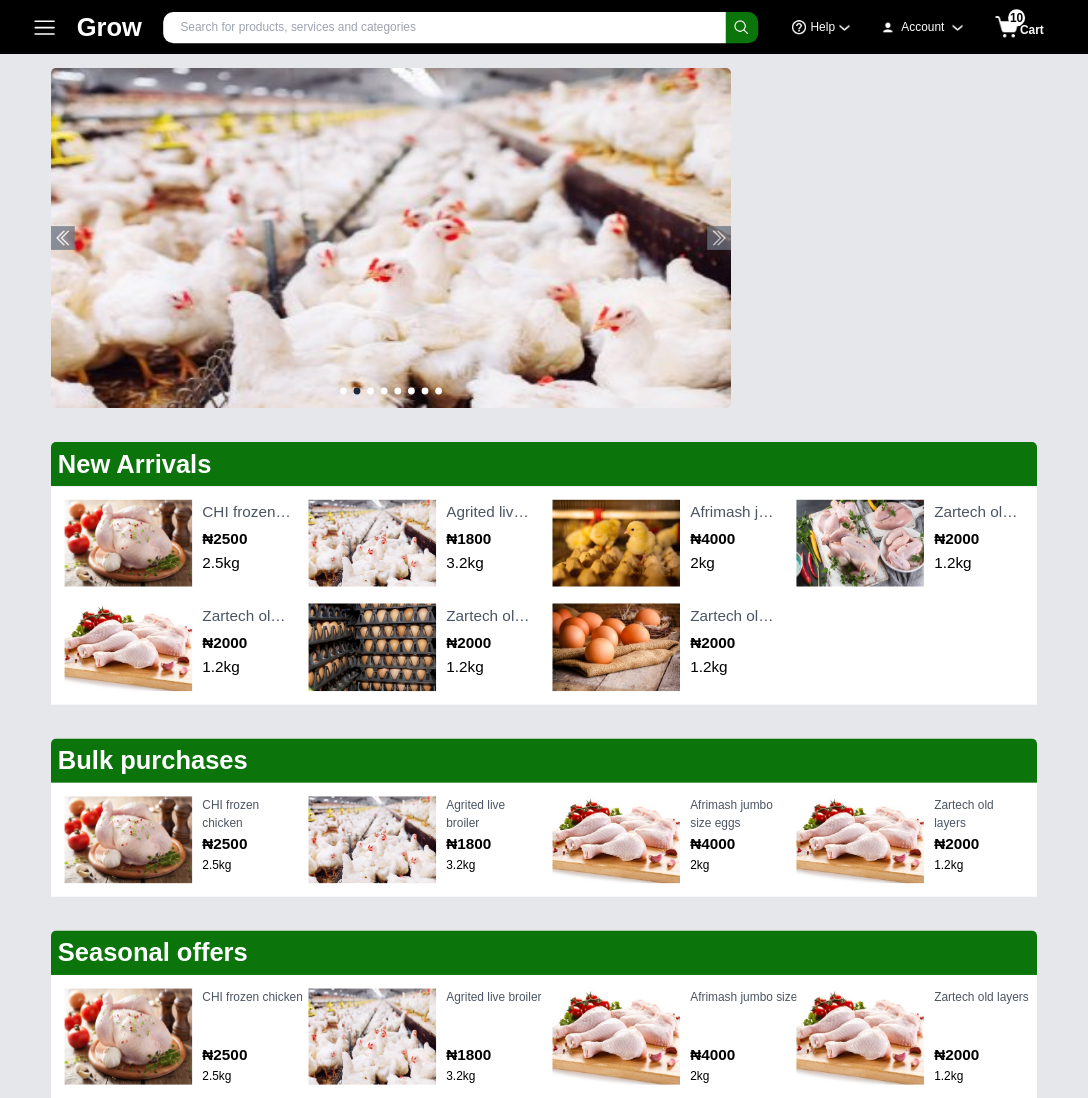
Repository: IssaMuiz/ifarmstock
Page: /
These files come from the project's save history. The page is drawn as it stood at one moment and after the next save; the edit follows.
The browser window is 1280 px wide. The pictures show the whole page, at 85% of full size.
The project was rebuilt for these pictures with package versions that can differ from the ones it lists, and the page was loaded fresh each time. The framework's server and built-in components were replaced by stand-ins that run in the browser. Also part of the build but not shown: next.config.mjs.

Above is the page before, as saved 2024-08-31 06:17:40.

### app/layout.tsx
import "@/styles/globals.css";

export const metadata = {
  title: "Grow",
  description: "Livestock farming e-commerce application",
};

export default function RootLayout({
  children,
}: {
  children: React.ReactNode;
}) {
  return (
    <html lang="en">
      <body className="bg-gray-200 h-screen w-auto mx-10">
        <section>{children}</section>
      </body>
    </html>
  );
}

### app/page.tsx
"use client";

import ProductSlider from "@/components/productSlider";
import ClientLayout from "@/components/clientLayout";
import NewArrivalsCards from "@/components/newArrivalsCards";
import BulkPurchasesCards from "@/components/bulkPurchasesCards";
import SeasonalCards from "@/components/seasonalCards";

const Home = () => {
  return (
    <ClientLayout>
      <div className="pt-20 mx-5">
        <div>
          <ProductSlider />

          <div className="bgColor text w-full h-auto mt-10 text-3xl p-2 rounded-t-md font-semibold">
            New Arrivals
          </div>
          <NewArrivalsCards />
          <div className="bgColor text w-full h-auto mt-10 text-3xl p-2 rounded-t-md font-semibold">
            Bulk purchases
          </div>
          <BulkPurchasesCards />
          <div className="bgColor text w-full h-auto mt-10 text-3xl p-2 rounded-t-md font-semibold">
            Seasonal offers
          </div>
          <SeasonalCards />
        </div>
      </div>
    </ClientLayout>
  );
};

export default Home;

### styles/globals.css
@tailwind base;
@tailwind components;
@tailwind utilities;

.scrollbar {
  scrollbar-width: thin;
  scrollbar-color: gray #313131;
}

.bgColor {
  background-color: rgb(11, 116, 11);
}

.text {
  color: white;
}

body {
  font-family: Arial, Helvetica, sans-serif;
  font-size: 14px;
}

### components/productSlider.tsx
"use client";
import Image from "next/image";
import { useEffect, useState } from "react";

const ProductSlider = () => {
  const images = [
    "/assets/images/poultry-image1-slider.jpg",
    "/assets/images/poultry-image2-slider.jpg",
    "/assets/images/poultry-image3-slider.jpg",
    "/assets/images/poultry-image4-slider.jpg",
    "/assets/images/poultry-image5-slider.jpg",
    "/assets/images/poultry-image6-slider.jpg",
    "/assets/images/poultry-image7-slider.jpg",
    "/assets/images/catfish-image1-slider.jpg",
  ];

  const [index, setIndex] = useState(0);

  const handleSliceNext = () => {
    setIndex((index + 1) % images.length);
  };
  const handleSlicePrev = () => {
    setIndex((index - 1) % images.length);
  };

  const handleIndicatorClick = (i: number) => {
    setIndex(i);
  };

  useEffect(() => {
    const intervalId = setInterval(() => {
      handleSliceNext();
    }, 5000);
    return () => clearInterval(intervalId);
  }, [index]);
  return (
    <div className="relative w-[800px] overflow-hidden">
      <div
        className="flex transition-transform duration-500 ease-in-out"
        style={{ transform: `translateX(-${index * 100}%)` }}
      >
        {images.map((image, i) => (
          <div key={i} className="min-w-full">
            <Image
              className="h-[400px] rounded-md"
              src={image}
              alt={`Slide ${i + 1}`}
              width={800}
              height={200}
            />
          </div>
        ))}
      </div>
      <button
        type="button"
        onClick={handleSlicePrev}
        className="absolute left-0 top-1/2 tranform -translate-y-1/2 bg-gray-500 text-white px-1 py-1 opacity-75 hover:opacity-100 transition-opacity"
      >
        <Image
          className=""
          src="/assets/icons/arrow-left.png"
          alt="arrow-right-icon"
          width={20}
          height={20}
        />
      </button>
      <button
        type="button"
        onClick={handleSliceNext}
        className="absolute right-0 top-1/2 tranform -translate-y-1/2 bg-gray-500 text-white px-1 py-1 opacity-75 hover:opacity-100 transition-opacity"
      >
        <Image
          className=""
          src="/assets/icons/right-arrow.png"
          alt="arrow-right-icon"
          width={20}
          height={20}
        />
      </button>
      <div className="absolute bottom-4 left-0 right-0 flex justify-center space-x-2">
        {images.map((_, i) => (
          <button
            key={i}
            onClick={() => handleIndicatorClick(i)}
            className={`w-2 h-2 rounded-full ${
              index === i ? "bg-gray-800" : "bg-white"
            }`}
          />
        ))}
      </div>
    </div>
  );
};

export default ProductSlider;

### components/clientLayout.tsx
"use client";
import Navbar from "@/components/navbar";
import Sidenav from "@/components/sidenav";
import { useState, createContext } from "react";

export const SidebarContext = createContext({
  isOpen: false,
  toggleSidebar: () => {},
});

const ClientLayout = ({ children }: { children: React.ReactNode }) => {
  const [isOpen, setIsOpen] = useState(false);

  const toggleSidebar = () => {
    setIsOpen((prev) => !prev);
  };
  return (
    <SidebarContext.Provider value={{ isOpen, toggleSidebar }}>
      <Navbar />
      <Sidenav />
      <div
        className={`fixed inset-0 bg-black transition-opacity duration-300 ease-in-out z-10 ${
          isOpen
            ? "opacity-70 pointer-events-auto"
            : "opacity-0 pointer-events-none"
        }`}
        onClick={toggleSidebar}
      ></div>
      <section
        className={`relative z-0 transition-all duration-300 ease-in-out `}
      >
        {children}
      </section>
    </SidebarContext.Provider>
  );
};

export default ClientLayout;

### components/newArrivalsCards.tsx
import Image from "next/image";
import newArrivalsCards from "../models/newArrivalsCards.json";
const NewArrivalsCards = () => {
  return (
    <div className="bg-white h-auto p-4">
      <div className="grid grid-cols-4 gap-5">
        {newArrivalsCards.map((product, index) => (
          <div key={index} className="flex gap-3">
            <Image src={product.image} alt="poultry" width={150} height={150} />
            <div className="text-lg overflow-hidden">
              <p className="text-gray-600 h-8 truncate">{product.name}</p>
              <p className="font-semibold text-lg">&#8358;{product.Price}</p>
              <p>{product.weight}</p>
            </div>
          </div>
        ))}
      </div>
    </div>
  );
};

export default NewArrivalsCards;

### components/bulkPurchasesCards.tsx
import Image from "next/image";
import bulkPurchasesCards from "@/models/bulkPurchasesCards.json";
const BulkPurchasesCard = () => {
  return (
    <div className="bg-white h-auto p-4">
      <div className="grid grid-cols-4 gap-5">
        {bulkPurchasesCards.map((product, index) => (
          <div key={index} className="flex gap-3">
            <Image src={product.image} alt="poultry" width={150} height={150} />
            <div className="text-md">
              <p content="" className="text-gray-600">
                {product.name}
              </p>
              <p className="font-semibold text-lg">&#8358;{product.Price}</p>
              <p>{product.weight}</p>
            </div>
          </div>
        ))}
      </div>
    </div>
  );
};

export default BulkPurchasesCard;

### components/seasonalCards.tsx
import Image from "next/image";
import seasonalCards from "@/models/seasonalCards.json";
const SeasonalCards = () => {
  return (
    <div className="bg-white h-auto p-4">
      <div className="grid grid-cols-4 gap-5">
        {seasonalCards.map((product, index) => (
          <div key={index} className="flex gap-3">
            <Image src={product.image} alt="poultry" width={150} height={150} />
            <div className="text-md">
              <p content="" className="text-gray-600 h-16 truncate">
                {product.name}
              </p>
              <p className="font-semibold text-lg">&#8358;{product.Price}</p>
              <p>{product.weight}</p>
            </div>
          </div>
        ))}
      </div>
    </div>
  );
};

export default SeasonalCards;

### components/navbar.tsx
"use client";
import Image from "next/image";
import { useContext } from "react";
import { SidebarContext } from "./clientLayout";
const Navbar = () => {
  const { toggleSidebar } = useContext(SidebarContext);
  return (
    <nav className="fixed bg-black text w-full h-16 flex items-center justify-between top-0 left-0 right-0 px-10 z-10">
      <button onClick={toggleSidebar}>
        <svg
          className="fill-white hover:fill-[green] cursor-pointer"
          xmlns="http://www.w3.org/2000/svg"
          viewBox="0 0 50 50"
          width="25px"
          height="25px"
        >
          <path d="M 3 8 A 2.0002 2.0002 0 1 0 3 12 L 47 12 A 2.0002 2.0002 0 1 0 47 8 L 3 8 z M 3 23 A 2.0002 2.0002 0 1 0 3 27 L 47 27 A 2.0002 2.0002 0 1 0 47 23 L 3 23 z M 3 38 A 2.0002 2.0002 0 1 0 3 42 L 47 42 A 2.0002 2.0002 0 1 0 47 38 L 3 38 z" />
        </svg>
      </button>
      <div className="Leftnav text text-3xl font-semibold cursor-pointer ml-5">
        Grow
      </div>
      <div className="Middlenav flex flex-1 mx-5 max-w-[700px] items-center">
        <input
          className=" px-5 py-2 w-full rounded-l-xl text-black outline-none"
          type="text"
          placeholder="Search for products, services and categories"
        />
        <div className="h-[37px] w-10 bgColor pt-2 pl-2 rounded-r-xl cursor-pointer">
          <Image
            className=""
            src="/assets/icons/search.png"
            alt="search-icon"
            width={20}
            height={20}
          />
        </div>
      </div>
      <div className="Rightnav flex items-center justify-between gap-3">
        <div className="flex items-center gap-1 cursor-pointer rounded-md p-3 hover:bg-[green]">
          <Image
            src="/assets/icons/help.png"
            alt="help-icon"
            width={20}
            height={20}
          />
          <p className="">Help</p>
          <Image
            src="/assets/icons/arrow-down.png"
            alt="help-icon"
            width={15}
            height={15}
          />
        </div>
        <div className="flex items-center gap-2  cursor-pointer rounded-md p-3 hover:bg-[green]">
          <Image
            src="/assets/icons/account.png"
            alt="help-icon"
            width={15}
            height={15}
          />
          <p>Account</p>
          <Image
            src="/assets/icons/arrow-down.png"
            alt="help-icon"
            width={15}
            height={15}
          />
        </div>
        <div className="flex relative cursor-pointer p-3 hover:bg-[green] rounded-md">
          <Image
            src="/assets/icons/cart.png"
            alt="cart-icon"
            width={30}
            height={20}
          />
          <p className="bg-white h-5 w-5 rounded-full text-black absolute left-7 bottom-7 text-center font-semibold">
            10
          </p>
          <p className="font-semibold mt-2 ">Cart</p>
        </div>
      </div>
    </nav>
  );
};

export default Navbar;

### components/sidenav.tsx
"use client";
import Image from "next/image";
import Link from "next/link";
import { useState } from "react";
import { useContext } from "react";
import { SidebarContext } from "./clientLayout";
const Sidenav = () => {
  const [categories, setCategories] = useState([
    {
      id: "1",
      name: "Broiler",
      expanded: false,
      arrowIcon: "/assets/icons/arrow-icon--right.png",
      dropdownlink: [
        { name: "Day Old Chicks", link: "/" },
        { name: "Matured Broilers", link: "/" },
        { name: "Frozen Chicken", link: "/" },
      ],
    },
    {
      id: "2",
      name: "Layers",
      expanded: false,
      arrowIcon: "/assets/icons/arrow-icon--right.png",
      dropdownlink: [
        { name: "Pullet", link: "/" },
        { name: "Point Of Lay", link: "/" },
        { name: "Old Layers", link: "/" },
      ],
    },
    {
      id: "3",
      name: "Catfish",
      expanded: false,

      arrowIcon: "/assets/icons/arrow-icon--right.png",
      dropdownlink: [
        { name: "Fingerlings/Juvenile", link: "/" },
        { name: "Matured Catfish", link: "/" },
        { name: "Smoked Catfish", link: "/" },
      ],
    },
    {
      id: "4",
      name: "Poultry-Eggs",
      expanded: false,

      arrowIcon: "/assets/icons/arrow-icon--right.png",
      dropdownlink: [
        { name: "Jumbo-size", link: "/" },
        { name: "Small-size", link: "/" },
        { name: "packaged-eggs", link: "/" },
      ],
    },
  ]);

  const handleDropdown = (id: string) => {
    setCategories((prev) =>
      prev.map((category) =>
        category.id === id
          ? { ...category, expanded: !category.expanded }
          : category
      )
    );
  };

  const { isOpen } = useContext(SidebarContext);
  return (
    <nav
      className={`fixed overflow-x-hidden scrollbar h-screen overflow-scroll z-20 left-0 top-0 bottom-0 w-[300px] transform transition-transform duration-300  bg-gray-100 ${
        isOpen ? "translate-x-0" : "-translate-x-full"
      }`}
    >
      <div className="bgColor h-14 flex items-center text text-2xl pl-5 font-semibold gap-3">
        <Image
          src="/assets/icons/account.png"
          alt="profile-icon"
          height={25}
          width={25}
        />
        <p>Hello User</p>
      </div>
      <div className=" ">
        {categories.map((category) => (
          <div onClick={() => handleDropdown(category.id)} key={category.id}>
            <div className="text-lg flex justify-between items-center font-semibold hover:bg-gray-300 mt-5 p-2 cursor-pointer">
              <div>{category.name}</div>

              <Image
                className={`${
                  category.expanded &&
                  "rotate-90 duration-300 transition-transform"
                } h-4 w-4`}
                src={category.arrowIcon}
                alt="arrow-icon"
                width={3}
                height={3}
              />
            </div>

            <div>
              {category.expanded && (
                <div>
                  {category.dropdownlink.map((dropdown, index) => (
                    <div className="hover:bg-gray-300" key={index}>
                      <Link href={dropdown.link}>
                        <div className="p-3 text-md ">{dropdown.name}</div>
                      </Link>
                    </div>
                  ))}
                </div>
              )}
            </div>
          </div>
        ))}
      </div>
    </nav>
  );
};

export default Sidenav;

### models/newArrivalsCards.json
[
  {
    "image": "/assets/images/poultry-image1-slider.jpg",
    "name": "CHI frozen chicken hor dfjlkfjgkljlkfgjfdlkgfdjg;lkjk;dklfkjgk;ldfjkg;kld what it i djkdkjkdjkljfkedjfkljdsklfjkldsjflkjdjfldjlfjldjfldjfldjfldjfldsjfljdlkfkjkldjflkjwhaht is that you want that i cnat give you just wnat to thrt your self but wi wont look that sied so you can lenarn your leassin in the hard wat you wnat do me l",
    "Price": "2500",
    "weight": "2.5kg"
  },
  {
    "image": "/assets/images/poultry-image2-slider.jpg",
    "name": "Agrited live broiler",
    "Price": "1800",
    "weight": "3.2kg"
  },
  {
    "image": "/assets/images/poultry-image3-slider.jpg",
    "name": "Afrimash jumbo size eggs",
    "Price": "4000",
    "weight": "2kg"
  },
  {
    "image": "/assets/images/poultry-image4-slider.jpg",
    "name": "Zartech old layers",
    "Price": "2000",
    "weight": "1.2kg"
  },
  {
    "image": "/assets/images/poultry-image5-slider.jpg",
    "name": "Zartech old layers",
    "Price": "2000",
    "weight": "1.2kg"
  },
  {
    "image": "/assets/images/poultry-image7-slider.jpg",
    "name": "Zartech old layers",
    "Price": "2000",
    "weight": "1.2kg"
  },
  {
    "image": "/assets/images/poultry-image6-slider.jpg",
    "name": "Zartech old layers",
    "Price": "2000",
    "weight": "1.2kg"
  }
]

### models/bulkPurchasesCards.json
[
  {
    "image": "/assets/images/poultry-image1-slider.jpg",
    "name": "CHI frozen chicken",
    "Price": "2500",
    "weight": "2.5kg"
  },
  {
    "image": "/assets/images/poultry-image2-slider.jpg",
    "name": "Agrited live broiler",
    "Price": "1800",
    "weight": "3.2kg"
  },
  {
    "image": "/assets/images/poultry-image5-slider.jpg",
    "name": "Afrimash jumbo size eggs",
    "Price": "4000",
    "weight": "2kg"
  },
  {
    "image": "/assets/images/poultry-image5-slider.jpg",
    "name": "Zartech old layers",
    "Price": "2000",
    "weight": "1.2kg"
  }
]

### models/seasonalCards.json
[
  {
    "image": "/assets/images/poultry-image1-slider.jpg",
    "name": "CHI frozen chicken",
    "Price": "2500",
    "weight": "2.5kg"
  },
  {
    "image": "/assets/images/poultry-image2-slider.jpg",
    "name": "Agrited live broiler",
    "Price": "1800",
    "weight": "3.2kg"
  },
  {
    "image": "/assets/images/poultry-image5-slider.jpg",
    "name": "Afrimash jumbo size eggs",
    "Price": "4000",
    "weight": "2kg"
  },
  {
    "image": "/assets/images/poultry-image5-slider.jpg",
    "name": "Zartech old layers",
    "Price": "2000",
    "weight": "1.2kg"
  }
]

Loaded but not shown: tailwind.config.ts (common file)

After the next save:
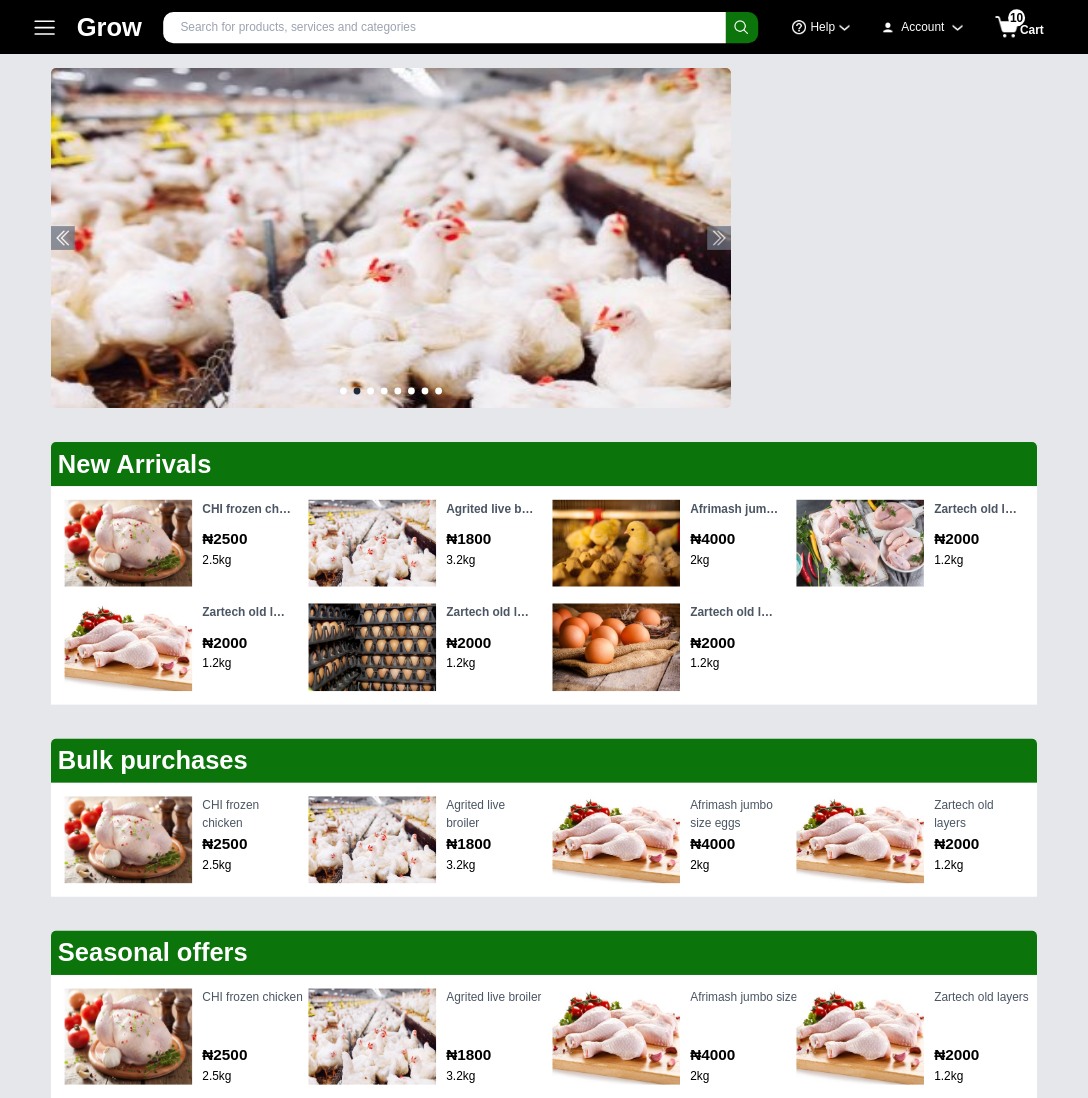
Saved 48 s later.
--- a/components/newArrivalsCards.tsx
+++ b/components/newArrivalsCards.tsx
@@ -7,8 +7,10 @@ const NewArrivalsCards = () => {
         {newArrivalsCards.map((product, index) => (
           <div key={index} className="flex gap-3">
             <Image src={product.image} alt="poultry" width={150} height={150} />
-            <div className="text-lg overflow-hidden">
-              <p className="text-gray-600 h-8 truncate">{product.name}</p>
+            <div className="text-md overflow-hidden">
+              <p className="text-gray-600 font-semibold h-8 truncate">
+                {product.name}
+              </p>
               <p className="font-semibold text-lg">&#8358;{product.Price}</p>
               <p>{product.weight}</p>
             </div>
